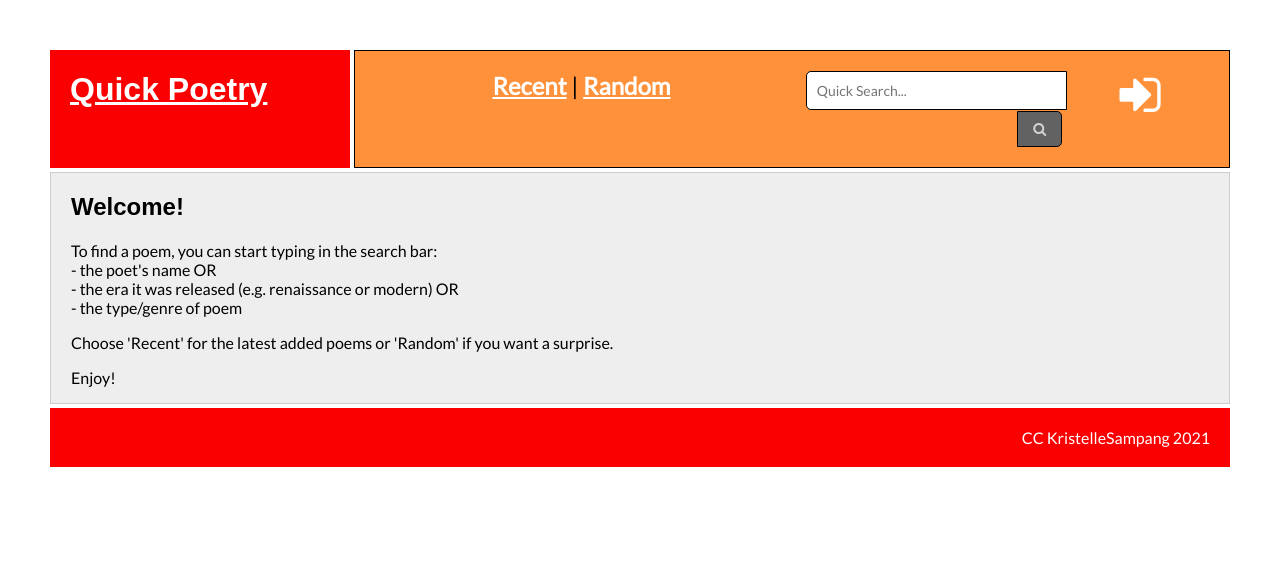
Repository: sampangk71280/Poetry_DB
Page: http://localhost/index.php?page=home
An editor plug-in stored every save of this project. The page is shown before and after the next save, followed by the edit.
The browser window is 1280 px wide. The pictures show the whole page.
Some web fonts or font styles are not loaded; a fallback is used. The page is run by PHP 8.4 with error messages shown; the project is at /var/www/html/.

Above is the page before, as saved 2021-12-07 13:15:25.

### index.php
<!DOCTYPE HTML>

<?php

session_start();
include("config.php");
include("functions.php");

// connect to database
$dbconnect=mysqli_connect(DB_HOST,DB_USERNAME,DB_PASSWORD, DB_NAME);

if(mysqli_connect_errno()){
    echo "Connection failed:".mysqli_connect_error();
    exit;
}

?>


<html lang="en">

<?php include("content/head.php"); ?>

<body>

    <div class="wrapper">

            <?php include("content/heading_navigation.php") ?>

        <div class="box main">

                <?php

                if(!isset($_REQUEST['page'])) {
                    include("content/home.php");
                } // end of if includes home page

                else {
                    // prevents users from navigating through file system
                    $page=preg_replace('/[^0-9a-zA-Z]-/', '', $_REQUEST['page']);
                    include("content/$page.php");

                } // end of else that includes requested content

                ?>

        </div>    <!-- / main -->

        <?php include("content/footer.php"); ?>

    </div>  <!-- / wrapper  -->

</body>

### config.php
<?php

ini_set('display_errors', 'On');  // change to 'Off' when live

define ("DB_NAME","sampangk71280_L3_Poetry");
define ("DB_USERNAME","_sampangk71280");
define ("DB_PASSWORD","QANbMDYSVME7gpyR");
define ("DB_HOST","localhost");

?>

### functions.php
<?php

// function to 'clean' data
function test_input($data) {
	$data = trim($data);
	$data = htmlspecialchars($data); //  needed for correct special character rendering
	return $data;
}


// entity is subject, country, occupation etc
function autocomplete_list($dbconnect, $item_sql, $entity)
{
// Get entity / topic list from database
$all_items_query = mysqli_query($dbconnect, $item_sql);
$all_items_rs = mysqli_fetch_assoc($all_items_query);

// Make item arrays for autocomplete functionality...
while($row=mysqli_fetch_array($all_items_query))
{
  $item=$row[$entity];
  $items[] = $item;
}

$all_items=json_encode($items);
return $all_items;

}


// function to get subject, country & career ID's
function get_ID($dbconnect, $table_name, $column_ID, $column_name, $entity)
{

    if($entity=="")
    {
        return 0;
    }


    // get entity ID if it exists
    $findid_sql = "SELECT * FROM $table_name WHERE $column_name LIKE '$entity'";
    $findid_query = mysqli_query($dbconnect, $findid_sql);
    $findid_rs = mysqli_fetch_assoc($findid_query);
    $findid_count=mysqli_num_rows($findid_query);

    // If subject ID does exists, return it...
    if($findid_count > 0) {
        $find_ID = $findid_rs[$column_ID];
        return $find_ID;
    }   // end if (entity existed, ID returned)


    else {
        $add_entity_sql = "INSERT INTO $table_name ($column_ID, $column_name) VALUES (NULL, '$entity');";
        $add_entity_query = mysqli_query($dbconnect, $add_entity_sql);

    $new_id_sql = "SELECT * FROM $table_name WHERE $column_name LIKE '$entity'";
    $new_id_query = mysqli_query($dbconnect, $new_id_sql);
    $new_id_rs = mysqli_fetch_assoc($new_id_query);

    $new_id = $new_id_rs[$column_ID];

    return $new_id;

    }   // end else (entity added to table and ID returned)

} // end get ID function


function get_rs($dbconnect, $sql)
{
    $find_sql = $sql;
    $find_query = mysqli_query($dbconnect, $find_sql);
    $find_rs = mysqli_fetch_assoc($find_query);

    return $find_rs;
}


function country_job($dbconnect, $entity_1, $entity_2, $label_sg, $label_pl, $table, $entity_ID, $entity_name)
{

    $all_entities = array($entity_1, $entity_2);
    // loop through items and look up their values...

    // Counts # of countries that without ID zero...
    $num_entities = count(array_filter($all_entities));


    if ($num_entities == 1)
    {
    echo "<b>".$label_sg."</b>: ";
    }

    else { echo "<b>".$label_pl."</b>: ";}

    foreach ($all_entities as $entity) {

    $entity_sql = "SELECT * FROM $table WHERE $entity_ID = $entity";
    $entity_query = mysqli_query($dbconnect, $entity_sql);
    $entity_rs = mysqli_fetch_assoc($entity_query);

    if ($entity != 0) {

    ?>


    <span class="author_entity tag"><?php echo $entity_rs[$entity_name]; ?> </span> &nbsp;

    <?php

    } // end entity if

    // break reference with the last element as per the manual
    unset($entity);

    }

}

?>

### content/head.php
<head>
    <meta charset="UTF-8">
    <meta name="description" content="Site featuring poetry from famous authors">
    <meta name="keywords" content="quotes, famous, author, writer, sportsman,
    political activist, sayings, poetry">
    <meta name="author" content="Kristelle Sampang">
    <meta name="viewport" content="width=device-width, initial-scale=1.0">

    <title>Quick Poetry</title>

    <!-- Edit the link below / replace with your chosen google font -->
    <link href="https://fonts.googleapis.com/css?family=Lato%7cUbuntu" rel="stylesheet">

    <!-- Edit the name of your style sheet - 'foo' is not a valid name!! -->
    <link rel="stylesheet" href="theme/quick_poetry.css">
        <link rel="stylesheet" href="theme/font-awesome.min.css">

</head>

### content/heading_navigation.php

        <div class="box banner">


            <h1><a class="heading" href = "index.php?page=home">Quick Poetry</a></h1>
        </div>    <!-- / banner -->

        <!-- Navigation goes here.  Edit BOTH the file name and the link name -->
        <div class="box nav">

            <div class="linkwrapper">
                <div class="commonsearches">
                    <a href="index.php?page=recent">Recent</a> |
                    <a href="index.php?page=random">Random</a>
                </div>  <!-- / common searches -->

                 <div class="topsearch">

                    <!-- Quick Search -->
                    <form method="post" action="index.php?page=quick_search"
                    enctype="multipart/form-data">

                        <input class="search quicksearch" type="text"
                        name="quick_search" size="40" value="" required placeholder="Quick Search..." />
                        <br />
                        <input class="submit" type="submit" name="find_quick" value="&#xf002;" />

                    </form>     <!-- / quick search -->

                </div>  <!-- / top search -->

                <div class="topadmin">

                <?php

                    if (isset($_SESSION['admin'])) {

                    ?>

                    <a href="index.php?page=../admin/new_poem" title="Add a quote"><i class="fa fa-plus fa-2x"></i></a>

                    &nbsp; &nbsp;

                    <a href="index.php?page=../admin/logout" title="Log Out">
                        <i class="fa fa-sign-out fa-2x"></i>
                    </a>

                    <?php
                    } // end user if logged in if

                    else {
                        ?>

                    <a href="index.php?page=../admin/login" title="Log In">
                        <i class="fa fa-sign-in fa-2x"></i>
                    </a>

                    <?php // end of login else
                    }

                    ?>


                </div>  <!-- / top admin -->

            </div>  <!--- / link wrapper -->

        </div>    <!-- / nav -->

### content/home.php
<h2>Welcome!</h2>

            <p>
                To find a poem, you can start typing in the search bar: <br/>
                - the poet's name OR <br/>
                - the era it was released (e.g. renaissance or modern) OR <br/>
                - the type/genre of poem
            </p>

            <p>
                Choose 'Recent' for the latest added poems or 'Random' if you want a surprise.
            </p>

            <p>
                Enjoy!
            </p>

### content/footer.php
<div class="box footer">
            CC KristelleSampang 2021
        </div>    <!-- / footer -->

### theme/quick_poetry.css
body {
    margin: auto;
    padding: 50px;
    color: #000;
    font-family: 'Lato', sans-serif;
}

/* Box (for corners & padding) */
.box {
    padding-left: 20px;
    /* border-radius: 10px; */
    background-color: #ddd;
}


/* Set up grids... specifics */

/*  #### Grid for Main page #### */


.wrapper {
    display: grid;
    grid-template-columns: 300px 1fr;
    grid-template-rows: auto;
    grid-template-areas:
        "banner nav"
        "main main"
        "footer footer";
        grid-gap: 4px;

}
@media only screen and (max-width: 1100px){
    .wrapper{
    grid-template-columns: auto;
    grid-template-rows: auto;
    grid-template-areas:
        "banner"
        "nav"
        "main"
        "footer";
    }
}
.banner {
    grid-area: banner;
}

.nav {
    grid-area: nav;
    background-color: #ff913a;  /* orange  */
    font-size: 150%;
    padding: 20px;
    vertical-align: middle;
    border: solid 1px;
}

.main {
    grid-area: main;
    background-color: #eee;  /* very pale grey */
    border: solid 1px #CCC;
}


.footer {
    grid-area: footer;
    text-align: right;
    padding: 20px;
}

/*  #### Grid for Navigation area page #### */

.linkwrapper {
    display: grid;
    grid-template-columns: 3fr 2fr 1fr;
    grid-template-areas:
        "commonsearches topsearch topadmin";
    grid-gap: 4px;
}


.commonsearches {
    grid-area: commonsearches;
    text-align: center;
}

.topsearch {
    grid-area: topsearch;
    text-align: right;
}

.topadmin {
    grid-area: topadmin;
    text-align: center;
}

/* Make navigation responsive */

@media only screen and (max-width: 800px){
    .linkwrapper{
        grid-template-columns: auto;
        grid-template-rows: auto;
        grid-template-areas:
            "commonsearches commonsearches"
            "topsearch topadmim";
    }

    .commonsearches{
        text-align: left;
    }

    .topsearch{
        text-align: left;
    }

    .topadmin {
        text-align: right;
    }
}

/* ### Additional div styling (put colours / corners here) */


/* Area colouring... */

/* logo, banner and footer background are the same */
.banner, .footer {
    background-color: #fb0000;  /* bold red */
}

/* Set font on dark areas to white */
.logo, .banner, .side, .footer {
    color: #fff;
}

/* #### Links Styling  #### */

/* Navigation Links */
a.topnav {font-weight: bold;}
a.topnav:link, a.topnav:visited {color: #007c72;} /*dark teal */
a.topnav:hover {color: #707a00; text-decoration: none;}


/* links in page */
a {font-weight: bold;}
a:link{color: #ffffff;} /* white */
a:visited{color: #000;} /* black */
a:hover{color: gainsboro;}

/* #### Headings / text styling #### */
h1, h2, h3, h4 {
    font-family: 'Ubuntu', sans-serif;
}

h5 {
    font-family: 'Ubuntu', sans-serif;
    font-weight: bold;
    font-size: 16px;
}

.sub_heading {
    font-family: 'Ubuntu', sans-serif;
    color: #593849; /* purple */
    font-weight: bold;
}

/* ### Form / Search  Styling #### */

form {
    width: 100%;
    float: left;
}

.search {
    background:#fff;
    width: 75%;
}

.submit::-moz-focus-inner {
    border: 0;
}


.submit {
    font-family: FontAwesome, 'Helvetica Neue', Helvetica, Arial, sans-serif;
    position:relative;
    width: 45px;
    font-size: 14px;

    left:-5px;
    background-color: #636263;
    color:#d6d3d7;
    border: 1px solid #000;
    border-radius: 0 5px 5px 0;
    display: inline-block;
    padding: 10px;
}


input[type="submit"]:hover {
    background-color: #000;
}


input {
    font-size: 14px;
    padding: 10px;
    display: inline-block;
    border: 1px solid #000;
    box-sizing: border-box;
}


.quicksearch {
    border-radius: 5px 0 0 5px;
    display: inline-block;
    position: relative;
}

/* ### Results styling, includes 'tags' button ### */
.results{
    background-color:#D2D2D2;
    border: solid 1px #4c9c72;
    padding: 10px;

    margin-right: 20px;
    border-radius: 20px;
}

.tag{
    background-color: #ff913a ;  /* orange like heading*/
    padding: 5px;
    padding-left: 10px;
    padding-right: 10px;
    border: solid 1px #000;
    border-radius: 5px;
}
.authortag{
    background-color: #FFA660; /* orange */
    padding: 5px;
    padding-left: 10px;
    padding-right: 10px;
    border: solid 1px #000;
    border-radius: 5px;
}

.deletetag{
    background-color: #FFA660 ;
    padding: 5px;
    padding-left: 10px;
    padding-right: 10px;
    border: solid 1px #000;
    border-radius: 5px;
}

.deletetagno{
    background-color: #ff4646 ;
    padding: 5px;
    padding-left: 10px;
    padding-right: 10px;
    border: solid 1px #000;
    border-radius: 5px;
}

.about{
    background: #FFEC00; /* yellow */
    border: solid 1px #E9D800; /* yellow but slightly darker*/
    padding: 10px;
    border-radius: 10px;
    margin-right: 20px;
}

.error{
    background-color:  #ffcece;
    color: #721a1a;
    border-radius: 10px;
    padding: 10px;
    border: solid 1px #721a1a;

}

/* editing tools formatting */
.edit-tools {
    text-align: right;
    padding-right: 20px;
}

/* Form Formatting css */

/* make height of drop downs slightly larger */
select {
    height: 40px;
    padding: 5px;
}

/* controls input field on autocomplete boxes (pink for error,
white for OK) */

input.tag-error[type=text]{
    background-color: #ff9e9e;
}

input.tag-ok[type=text]{
    background-color: #fff;

}

/* field backgrounds */
.form-ok{
    background-color: #fff;

}

.form-error{
    background-color: #ff9e9e;
}

/* error messages */
.no-error {
    display: none;
}

.error-text{
    color: darkred;
}

textarea,
input[type=text] {
    font-family: 'Lato', sans-serif;
    padding: 10px;
    border-width: 1px;
    margin: auto;
    width: 95%;
}

.add-field {
    width: 95%;
}

textarea {
    width: 90%;
    max-width: 700px;
}

Loaded but not shown: theme/font-awesome.min.css (library)

After the next save:
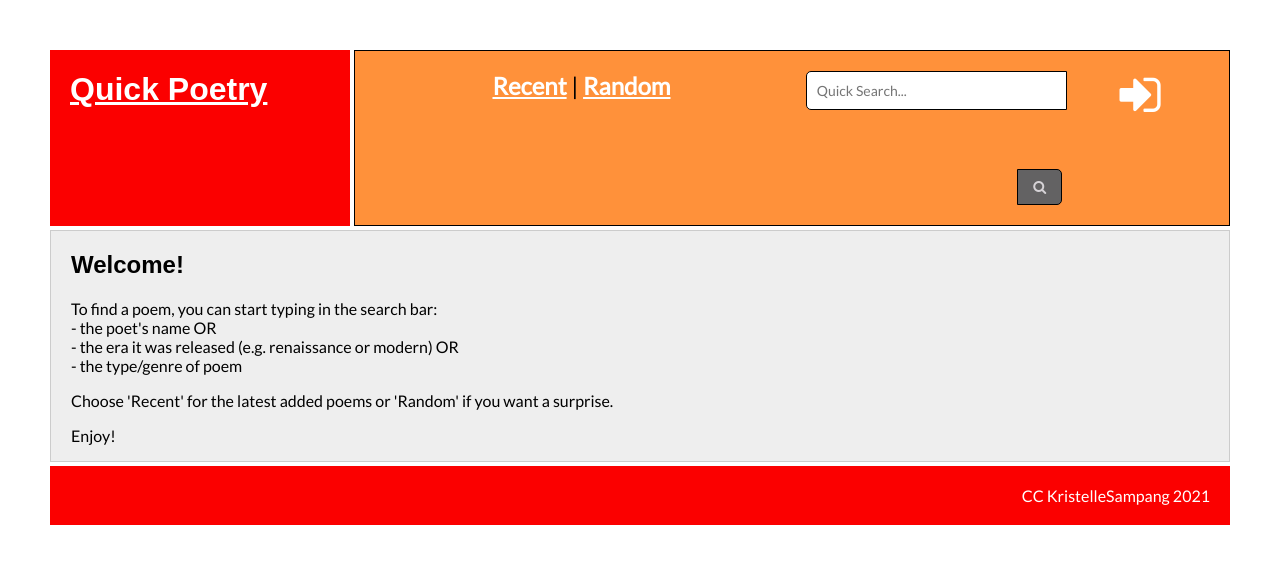
Saved 21 s later.
--- a/content/heading_navigation.php
+++ b/content/heading_navigation.php
@@ -22,7 +22,7 @@
 
                         <input class="search quicksearch" type="text"
                         name="quick_search" size="40" value="" required placeholder="Quick Search..." />
-                        <br />
+                        <br /><br /> <br/>
                         <input class="submit" type="submit" name="find_quick" value="&#xf002;" />
 
                     </form>     <!-- / quick search -->

After the save that followed:
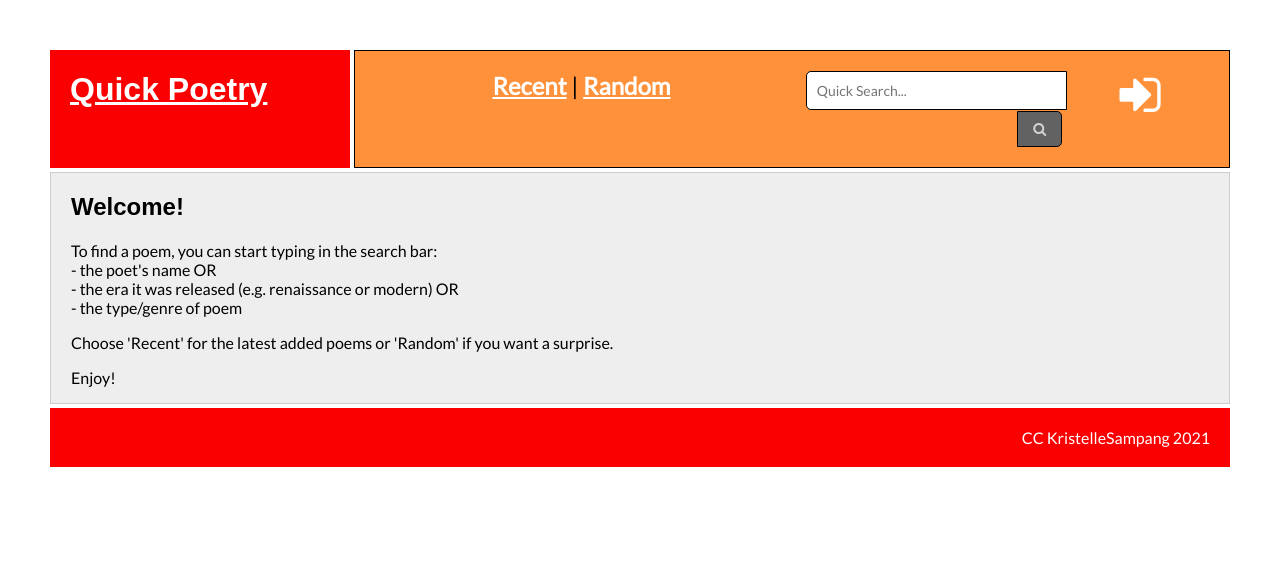
Saved 64 s later.
--- a/content/heading_navigation.php
+++ b/content/heading_navigation.php
@@ -22,7 +22,7 @@
 
                         <input class="search quicksearch" type="text"
                         name="quick_search" size="40" value="" required placeholder="Quick Search..." />
-                        <br /><br /> <br/>
+
                         <input class="submit" type="submit" name="find_quick" value="&#xf002;" />
 
                     </form>     <!-- / quick search -->
